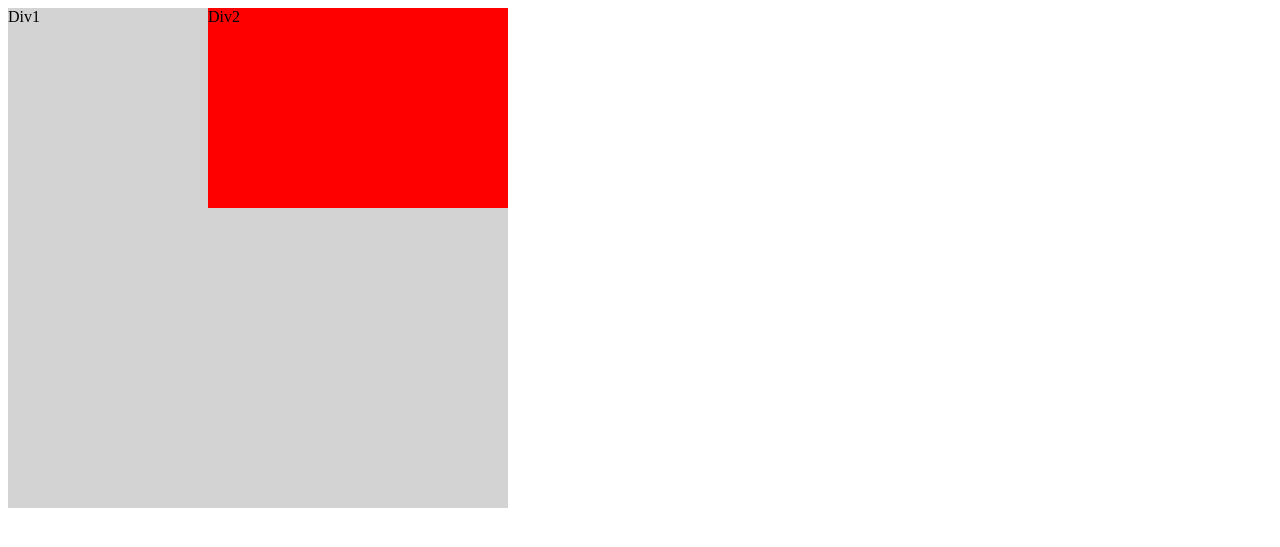
Repository: Sayan-100/Javascript
Page: Flex grow and shrink/index.html
The author's editor kept a copy of each file at every save. The page is drawn from the files as they stood at one save, then again after the next save.
The browser window is 1280 px wide. The pictures show the whole page.

Above is the page before, as saved 2021-12-31 14:54:31.

After the next save:
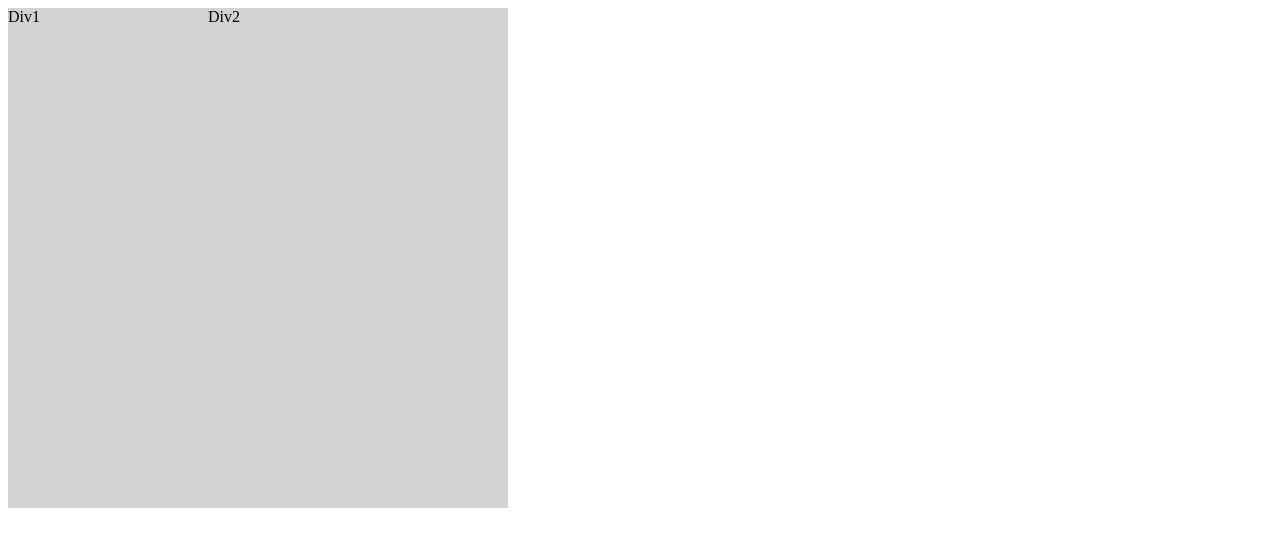
Saved 10 s later.
--- a/Flex grow and shrink/style.css
+++ b/Flex grow and shrink/style.css
@@ -29,12 +29,16 @@
 
 /* } */
 
-#div2 {
+
+/* #div2 {
     background-color: red;
-    flex-grow: 1;
-    /*(1/ 5 th space)*/
+    flex-grow: 1; */
+
+
+/*(1/ 5 th space)*/
+
+
 }
-
 
 /* total containers are two so if flex grow is 1 for both so 1 / 2 space will
 be occupied by every div */
